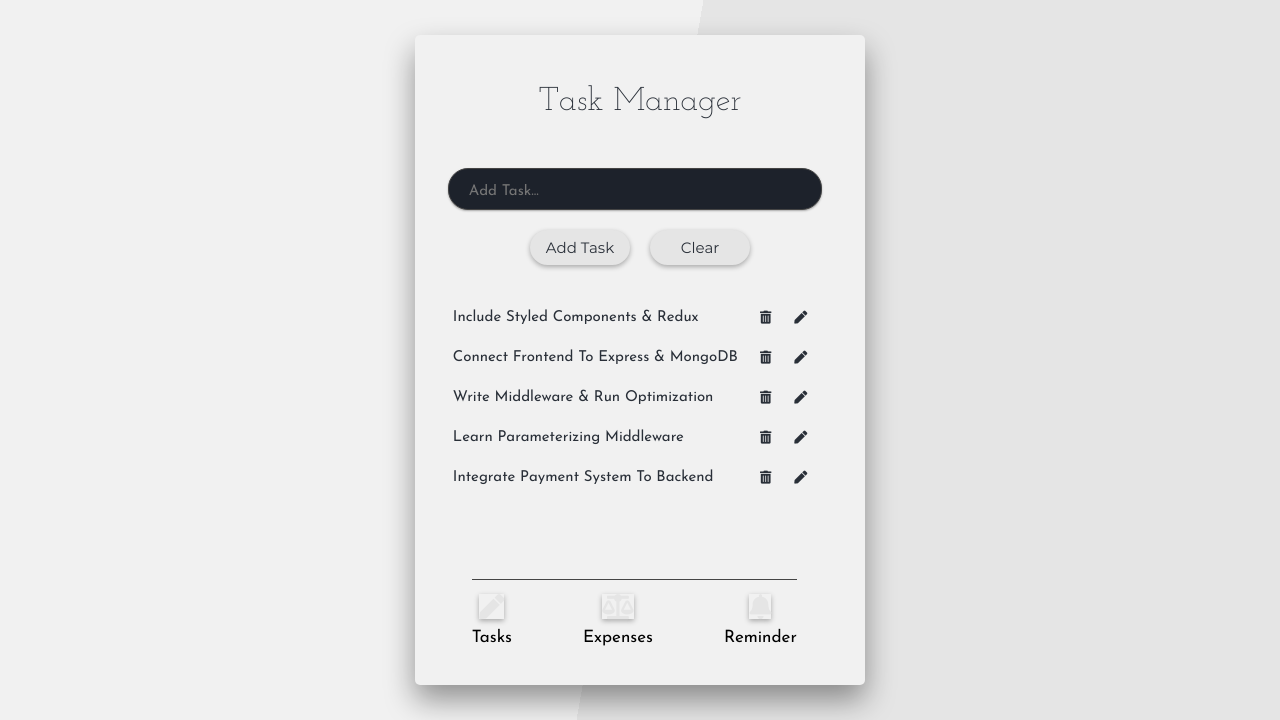
Repository: Kol124/react-task-manager
Page: /
These files come from the project's save history. The page is drawn as it stood at one moment and after the next save; the edit follows.
The browser window is 1280 px wide. The pictures show the whole page.
The project was rebuilt for these pictures with package versions that can differ from the ones it lists, and the page was loaded fresh each time. Also part of the build but not shown: src/components/Expenses/Expenses.js, src/components/Reminder/Reminder.js.

Above is the page before, as saved 2021-06-24 17:31:05.

After the next save:
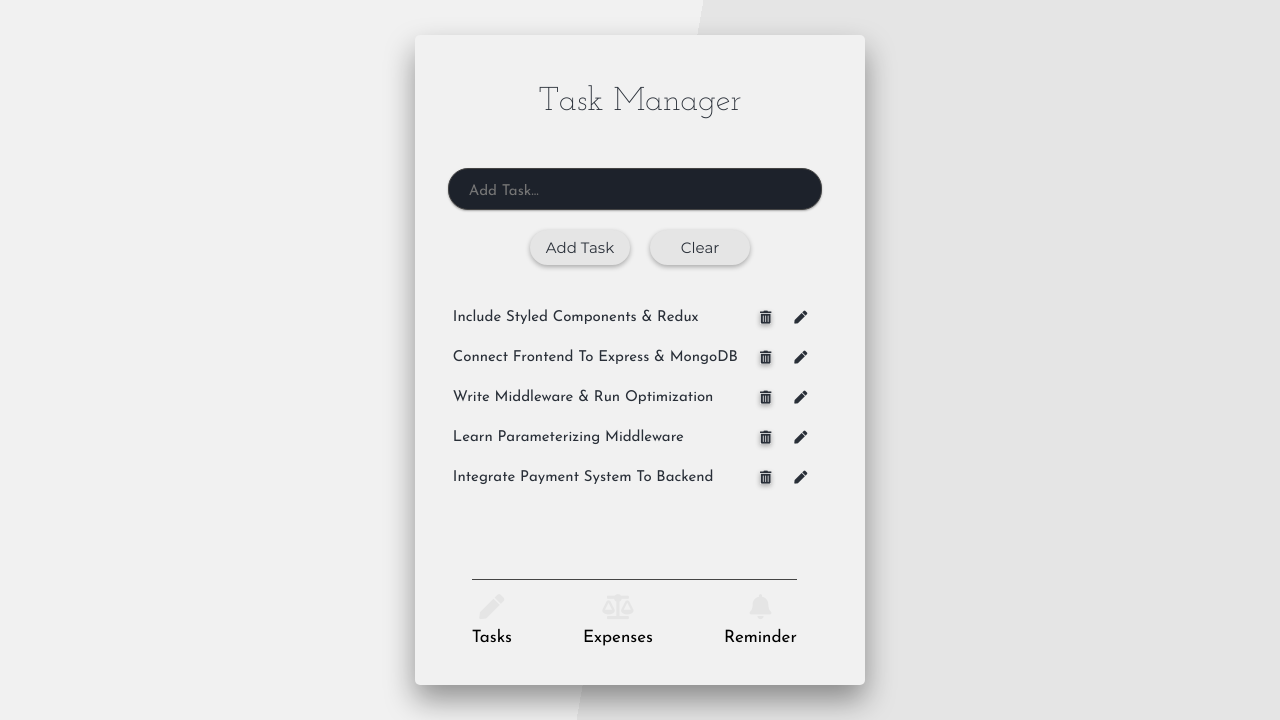
Saved 38 s later.
--- a/src/App.css
+++ b/src/App.css
@@ -141,6 +141,7 @@ html {
 .btn-delete i {
   font-size: 1.3rem;
   margin-right: 2rem;
+  box-shadow: 0 2px 5px rgba(0, 0, 0, 0.3);
 }
 
 .btn-edit i {
@@ -184,7 +185,6 @@ footer .nav {
 .nav li i {
   font-size: 2.5rem;
   transition: all ease 0.3s;
-  box-shadow: 0 2px 5px rgba(0, 0, 0, 0.3);
 }
 
 .nav li i:hover {
